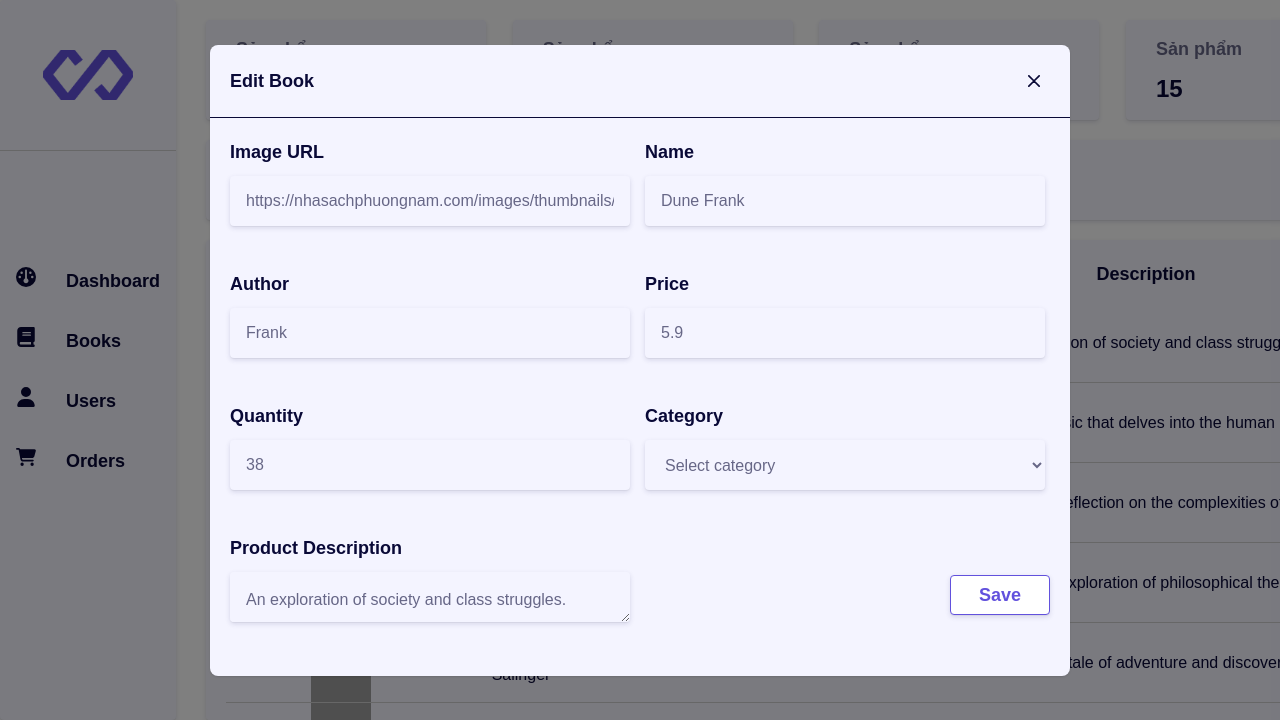
Repository: kauittt/BookStore_FE
Page: / (app in book-store/), after clicking the first element matching `svg.fa-pen`
These files come from the project's save history. The page is drawn as it stood at one moment and after the next save; the edit follows.
The browser window is 1280 px wide. The pictures show the whole page.
Pictures or frames that could not be fetched are drawn as grey boxes. An inner scrolling area shows only its first screen. The project was rebuilt for these pictures with package versions that can differ from the ones it lists, and the page was loaded fresh each time. Also part of the build but not shown: book-store/vite.config.js, book-store/src/components/login-signup/Login.jsx, book-store/src/components/book/BookItem.jsx, book-store/src/components/book/BookList.jsx, book-store/src/components/elements/BackNavigation.jsx, book-store/src/components/book/BookDetail.jsx, book-store/src/components/cart/QuantitySelector.jsx, book-store/src/components/cart/CartItem.jsx and 3 more.

Above is the page before, as saved 2024-07-20 13:48:05.

After the next save:
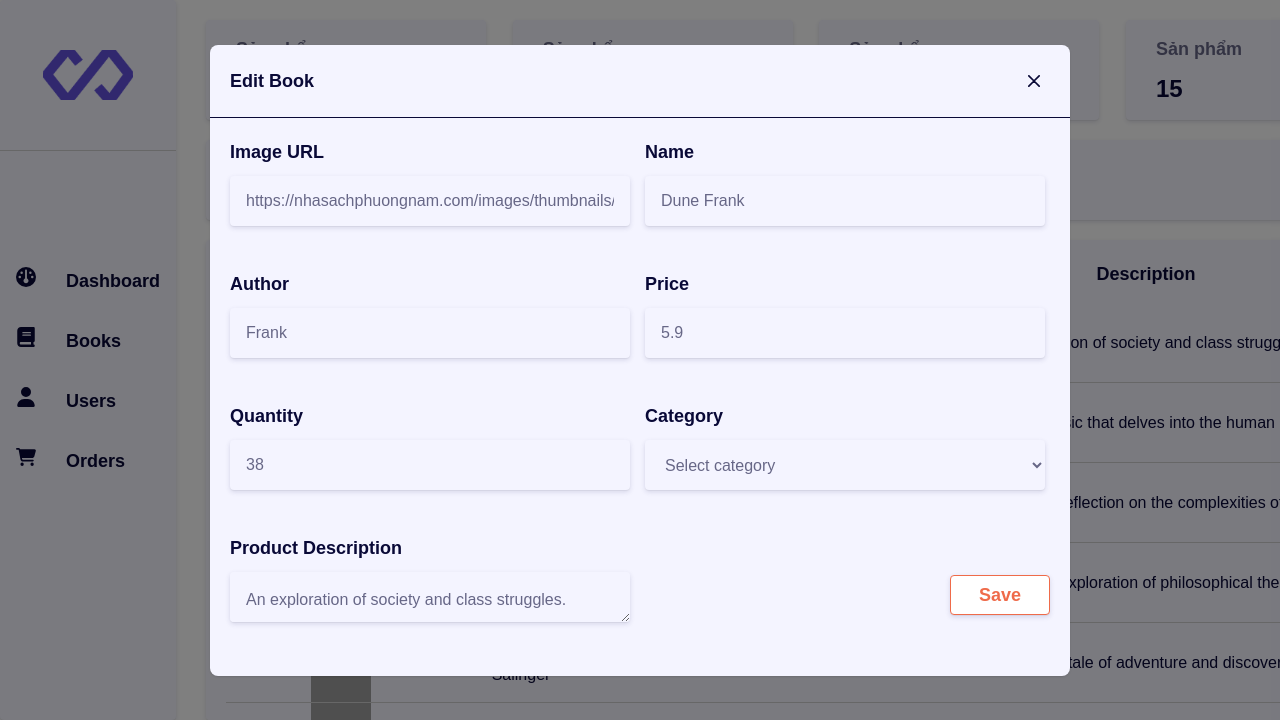
Saved 10 s later.
--- a/book-store/src/components/elements/Modal.jsx
+++ b/book-store/src/components/elements/Modal.jsx
@@ -124,6 +124,7 @@
                                         name="Save"
                                         type="submit"
                                         disabled={isSubmitting}
+                                        main={false}
                                     />
                                 </div>
                             </Form>

After the save that followed:
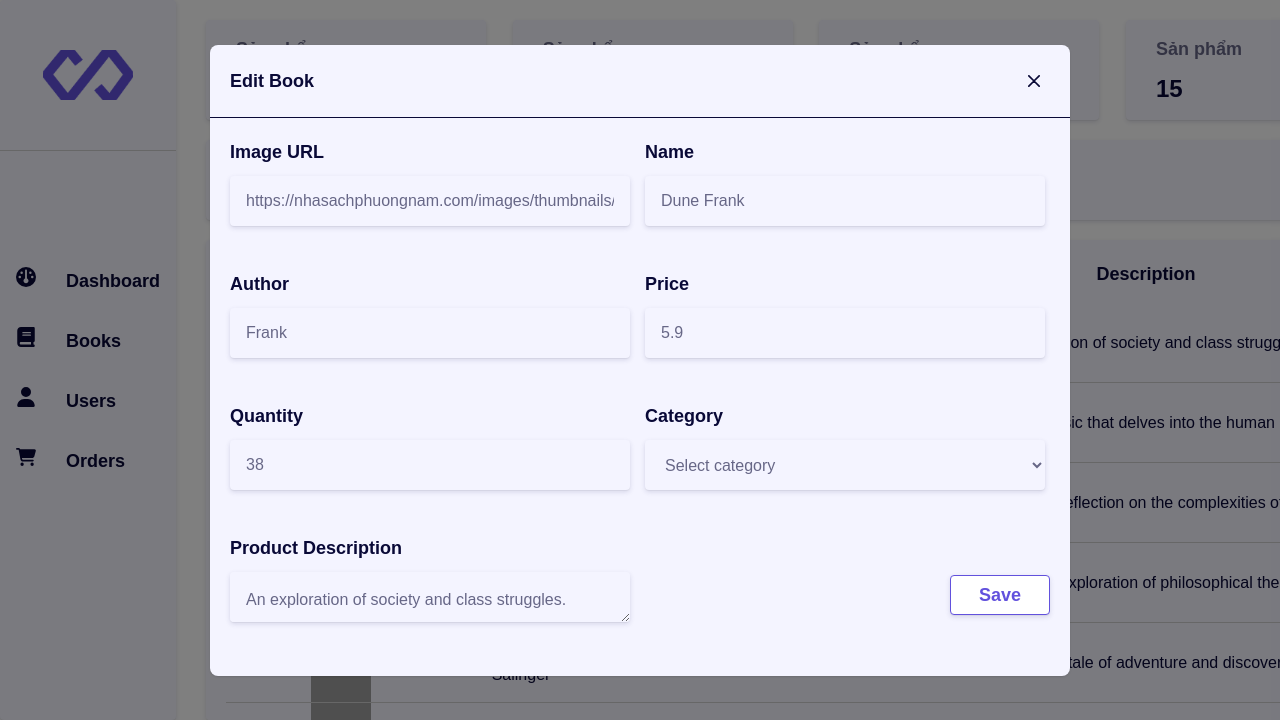
Saved 6 s later.
--- a/book-store/src/components/elements/Modal.jsx
+++ b/book-store/src/components/elements/Modal.jsx
@@ -124,7 +124,7 @@
                                         name="Save"
                                         type="submit"
                                         disabled={isSubmitting}
-                                        main={false}
+                                        // main={false}
                                     />
                                 </div>
                             </Form>
